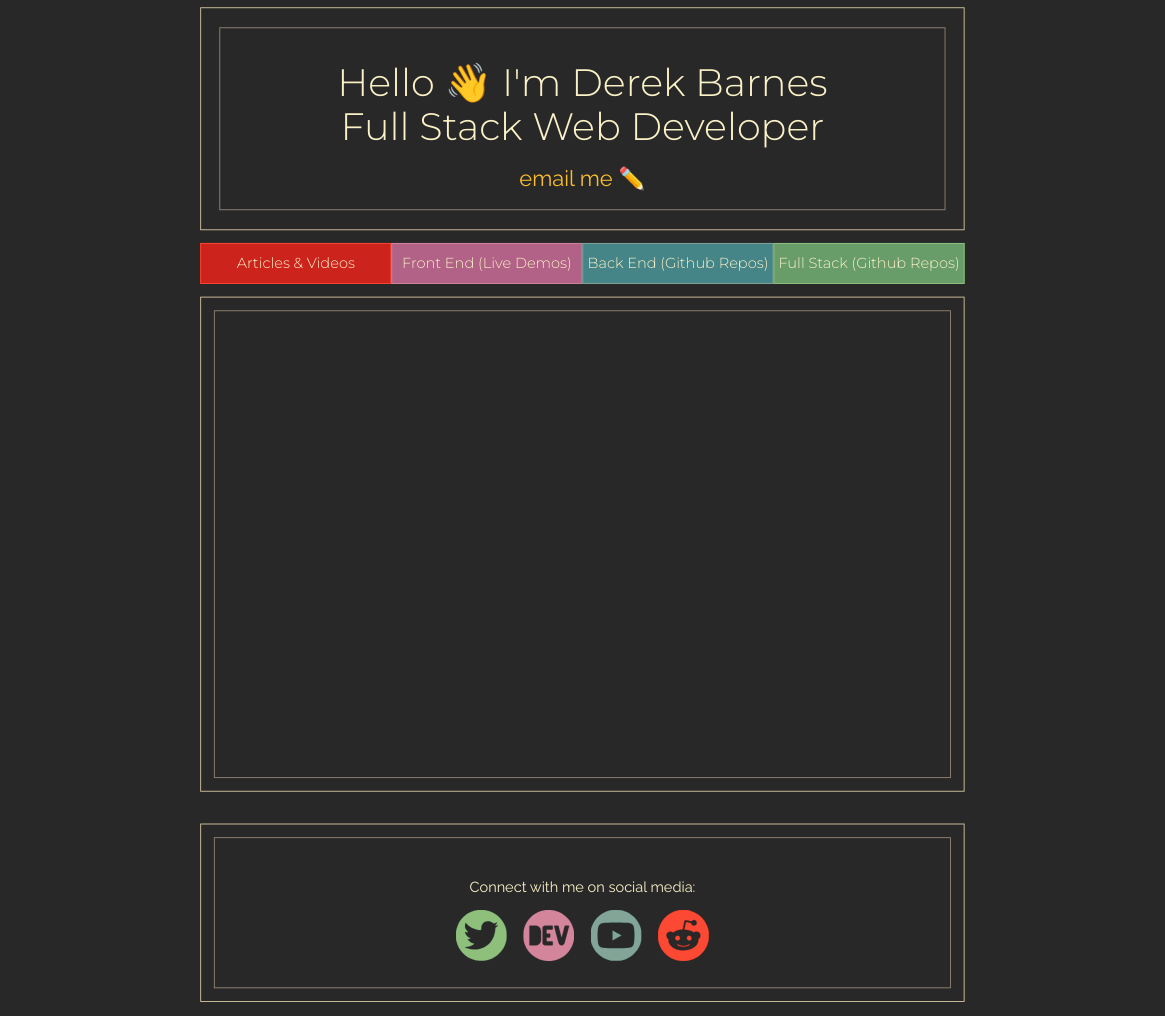
Repository: dsbarnes/groovy-blog
Page: index.html
An editor plug-in stored every save of this project. The page is shown before and after the next save, followed by the edit.
The browser window is 1280 px wide. The pictures show the whole page, at 91% of full size.
After loading, the first visible `#articles` was clicked once.
The style sheet was rebuilt from its Sass, Less or Tailwind sources for each picture, by a compiler version that may differ from the author's.

Above is the page before, as saved 2020-05-09 21:34:48.

### index.html
<!DOCTYPE html>
<html lang="en">

<head>
    <meta charset="UTF-8">
    <meta name="viewport" content="width=device-width, initial-scale=1.0">
    <link href="https://fonts.googleapis.com/css2?family=Montserrat:wght@300&display=swap" rel="stylesheet">
    <link href="https://fonts.googleapis.com/css2?family=Raleway&display=swap" rel="stylesheet">

    <title>D.S. Barnes</title>

    <link rel="stylesheet" href="./CSS/style.css">
</head>

<body>
    <div class="container">

        <div id='nameCard'>
            <div id="doubleBorder">
                <p>Hello 👋 I'm Derek Barnes</p>
                <p>Full Stack Web Developer</p>
                <br />
                <small><a href='mailto:derekb0147@gmail.com'>email me ✏️</a></small>
                <br />
            </div>
        </div>

        <div id='selections'>
            <p class='nav' data-color='red' id='articles'>Articles & Videos</p>
            <p class='nav' data-color='purple' id='frontend'>Front End (Live Demos)</p>
            <p class='nav' data-color='blue' id='backend'>Back End (Github Repos)</p>
            <p class='nav' data-color='aqua' id='fullstack'>Full Stack (Github Repos)</p>
        </div>

        <!-- <button id="toggle-button">Toggle collapse</button> -->

        <!-- Section one -->
        <div class="content">
            <div class='double-border'>
                <div id='about-section-text'>
                    <p>As a full stack developer, I don't just write code.</p>
                    <p>I focus on team dynamics, agile work practices, and communications.</p>
                    <br />
                    <p>I can build APIs and maintain databases.</p>
                    <p>Equally, often more importantly, I listen to and understand consumer needs.</p>
                    <br />
                    <p>I specialize in clean, unobtrusive interfaces,</p>
                    <p>using modern technology,</p>
                    <p>to communicate clearly and solve real world problems.</p>
                </div>

                <div id='articles-section-text'></div>
                <div id='frontend-section-text'></div>
                <div id='backend-section-text'></div>
                <div id='fullstack-section-text'></div>

            </div>
        </div>


        <!-- Section two -->
        <div class="hobbies collapsible">
            <div class='double-border collapsible'>

                <p>Besides code, I like to:</p>
                <br />

                <p class='xpad'>
                    <span class='bigEmoji'>🤔</span>
                    <span class='emojiText'>Think about philosophy.</span>
                </p>

                <p class='xpad'>
                    <span class='bigEmoji'>♟️</span>
                    <span class='emojiText'>Play chess.</span>
                </p>

                <p class='xpad'>
                    <span class='bigEmoji'>🎤</span>
                    <span class='emojiText'>listen to gratuitous amounts of rap music.</span>
                </p>


            </div>
        </div>


        <!-- Section three -->
        <div class="social-media">
            <div class="double-border">

                <p>Connect with me on social media:</p>

                <div id='media-icons'>
                    <img src='../SVG/twitterLogo.svg'><a href='#' id='twitter'></a></img>
                    <img src='../SVG/devLogo.svg'><a href='#' id="devto"></a></img>
                    <img src='../SVG/youtubeLogo.svg'><a href='#' id='youtube'></a></img>
                    <img src='../SVG/redditLogo.svg'><a href='#' id='reddit'></a></img>
                </div>

            </div>
        </div>

    </div><!-- container -->

    <script type=module src="index.js"></script>
</body>

</html>

### index.js
import articles from './components/articles.js'
import repos from './components/repos.js'

import articlesData from './siteData/articles.js'
import backendData from './siteData/backEnd.js'
import frontendData from './siteData/frontEnd.js'
import fullstackData from './siteData/fullStack.js'


document.querySelectorAll('.nav')
    .forEach(btn => btn.addEventListener('click', function () {
        console.log(this.dataset.color)

        const aboutText = document.getElementById('about-section-text')
        aboutText.style.display = 'none'

        // Add overflow: scroll
        document.querySelector('.content')
            .classList.add('collapsed')

        // Shrinks and fades out the middle box
        const doubleBorder =
            Array.from(document.querySelectorAll('.double-border'))
        doubleBorder[1].classList.add('collapsed')

        document.querySelector('.hobbies.collapsible')
            .classList.add('collapsed')

        // Slightly shrink the social media box:
        document.querySelector('.social-media')
            .classList.add('collapsed')

    }))

// document.querySelector('#toggle-button')
// .addEventListener('click',
// function () {
//     // Remove the about me section:
//     const aboutText = document.getElementById('about-section-text')
//     aboutText.style.display = 'none'

//     // Add overflow: scroll
//     document.querySelector('.section-one')
//         .classList.toggle('collapsed')

//     // Shrinks and fades out the middle box
//     document.querySelector('.section-two.collapsible')
//         .classList.toggle('collapsed')

//     document.querySelector('.section-three')
//         .classList.toggle('collapsed')

//     // repopulate what was the about section
//     // it is now the section the user clicked
//     repos(backendData)
// });

### components/articles.js
function modules(arr) {
    console.log('modules works')
}

export default modules

### components/repos.js
function repos(arr) {

    const root = document.getElementById('articles-section-text')

    for (const element of arr) {

        const keys = Object.keys(element)

        const container = document.createElement('div')
        const title = document.createElement('h1')
        const repolink = document.createElement('p')
        const demolink = document.createElement('p')
        const description = document.createElement('p')

        title.innerHTML = element['Repo']
        container.appendChild(title)

        repolink.innerHTML = element['RepoLink']
        container.appendChild(repolink)

        demolink.innerHTML = element['DemoLink']
        container.appendChild(demolink)

        description.innerHTML = element['Description']
        container.appendChild(description)


        container.id = 'article'
        root.appendChild(container)

    }
}

export default repos

### siteData/articles.js
const articleData = [
    {
        "Title": "Article Project One",
        "Link": "blah.com",
        "Date": "date-posted",
        "Short": "fjdklsafjdlks;fajsdl;f"
    },
    {
        "Title": "Article Project Two",
        "Link": "blah.com",
        "Date": "date-posted",
        "Short": "fjdklsafjdlks;fajsdl;f"
    },
    {
        "Title": "Article Project Three",
        "Link": "blah.com",
        "Date": "date-posted",
        "Short": "fjdklsafjdlks;fajsdl;f"
    },
    {
        "Title": "Article Project Four",
        "Link": "blah.com",
        "Date": "date-posted",
        "Short": "fjdklsafjdlks;fajsdl;f"
    },
    {
        "Title": "Article Project Five",
        "Link": "blah.com",
        "Date": "date-posted",
        "Short": "fjdklsafjdlks;fajsdl;f"
    }
]

export default articleData

### siteData/backEnd.js
const backendData = [
    {
        "Repo": "Back End Project One",
        "RepoLink": "blah.com",
        "Description": "README.md"
    },
    {
        "Repo": "Back End Project Two",
        "RepoLink": "blah.com",
        "Description": "README.md"
    },
    {
        "Repo": "Back End Project Three",
        "RepoLink": "blah.com",
        "Description": "README.md"
    },
    {
        "Repo": "Back End Project Four",
        "RepoLink": "blah.com",
        "Description": "README.md"
    },
    {
        "Repo": "Back End Project Five",
        "RepoLink": "blah.com",
        "Description": "README.md"
    }
]

export default backendData

### siteData/frontEnd.js
const frontendData = [
    {
        "Repo": "Front End Project One",
        "RepoLink": "blah.com",
        "DemoLink": "demo link",
        "Description": "README.md"
    },
    {
        "Repo": "Front End Project Two",
        "RepoLink": "blah.com",
        "DemoLink": "demo link",
        "Description": "README.md"
    },
    {
        "Repo": "Front End Project Three",
        "RepoLink": "blah.com",
        "DemoLink": "demo link",
        "Description": "README.md"
    },
    {
        "Repo": "Front End Project Four",
        "RepoLink": "blah.com",
        "DemoLink": "demo link",
        "Description": "README.md"
    },
    {
        "Repo": "Front End Project Five",
        "RepoLink": "blah.com",
        "DemoLink": "demo link",
        "Description": "README.md"
    }
]

export default frontendData

### siteData/fullStack.js
const fullstackData = [
    {
        "Repo": "Full Stack Project One",
        "RepoLink": "blah.com",
        "Description": "README.md"
    },
    {
        "Repo": "Full Stack Project Two",
        "RepoLink": "blah.com",
        "Description": "README.md"
    },
    {
        "Repo": "Full Stack Project Three",
        "RepoLink": "blah.com",
        "Description": "README.md"
    },
    {
        "Repo": "Full Stack Project Four",
        "RepoLink": "blah.com",
        "Description": "README.md"
    },
    {
        "Repo": "Full Stack Project Five",
        "RepoLink": "blah.com",
        "Description": "README.md"
    }
]

export default fullstackData

### style.scss
// Main Container:
// Sizings - everything is a multiple of 14!!
$container-width: 840px;
$container-height: 1100px;
$outer-width: $container-width * .8;
$margin-pad-sizing: 14px;


// Gruvbox colors:
$background-color: #282828;
$background-alt-color: #3c3836;
$font-color: #fbf1c7;
$font-alt-color: #ebdbb2;
$outer-border: #d5c4a1;
$inner-border: #928374;
$red-color: #cc241d;
$light-red-color: #fb4934;
$green-color: #98971a;
$light-green-color: #b8bb26;
$yellow-color: #d79921;
$light-yellow-color: #fabd2f;
$blue-color: #458588;
$light-blue-color: #83a598;
$purple-color: #b16286;
$light-purple-color: #d3869b;
$aqua-color: #689d6a;
$light-aqua-color: #8ec07c;


// Font:
$title-font: 'Montserrat', sans-serif;
$body-font: 'Raleway', sans-serif;
$title-font-size: 42px;
$body-font-size: 16px;


//Mixins:
@mixin bg-border($bg-color, $border-color){
  background-color: $bg-color;
  border: 1px solid $border-color;
}
@mixin font-fam-size($fam, $size){
  font-family: $fam;
  font-size: $size;
}
@mixin sectionButton($bg-color, $border-color){
  @include bg-border($bg-color, $border-color);
  @include font-fam-size($title-font, $body-font-size);
  display: inline-block;
  margin: 0 auto;
  //That just looks best as 12, idk.
  padding: 12px 0px;
  text-align: center;
  width: (($container-width / 4));
}

// Keyframes:
@keyframes fade-in{
  from{color: white;}
  to{ color: black;}
}
#article{ animation: fade-in 3s forwards;}


// Overall styling:
* { box-sizing:border-box; }
body{ background-color: $background-color; color: $font-color }

//Everything visible is inside this container:
.container {
  display:flex;
  flex-direction:column;
  justify-content:flex-start;
  width: $container-width;
  margin: 0 auto;
  // we're required to set height explicitly
  height: $container-height;
}


// Name Card
#nameCard{
  border: 1px solid $outer-border;
  padding: $margin-pad-sizing/2;
  text-align: center;
  line-height: $margin-pad-sizing/2;

  small{ @include font-fam-size($body-font, $body-font-size*1.5); }
  a{ text-decoration: none; color: $light-yellow-color }

  #doubleBorder{
      @include bg-border($background-color, $inner-border);
      p{ @include font-fam-size($title-font, $title-font-size);}
      margin: $margin-pad-sizing auto;
      padding: $margin-pad-sizing;
      padding-bottom: $margin-pad-sizing*2;

      // 14px b/c of margin.
      // Why *3? Good question.
      width: ($container-width - 14px*3);
  }
}


// Nav 'buttons'
#selections{
  display: flex;
  justify-content: space-between;
  margin-top: $margin-pad-sizing;
}
#articles{ @include sectionButton($red-color, $light-red-color) }
#frontend{ @include sectionButton($purple-color, $light-purple-color) }
#backend{ @include sectionButton($blue-color, $light-blue-color) }
#fullstack{ @include sectionButton($aqua-color, $light-aqua-color) }

// General double border settings, different from
// name card b/c ...damnit
.double-border{
  border: 1px solid $inner-border;
  // Variables not working in calc()
  // will investigate.
  height: calc(100% - 28px); // $margin-pad-size*2
  width: calc(100% - 28px);  // $margin-pad-size*2
  margin: $margin-pad-sizing auto 0 auto;
  padding: $margin-pad-sizing*2;
}
.double-border.collapsed { border: 0px solid white; }


// This is the section that expands:
.content{
  @include bg-border($background-color, $outer-border);
  @include font-fam-size($body-font, $body-font-size);
  line-height: $margin-pad-sizing/2;
  margin: $margin-pad-sizing 0;
  flex: 3;
  // overflow: hidden;
}
.content.collapsed{
  // overflow: hidden;
  .double-border{ overflow: scroll; }
}


// This section dissapears:
.hobbies {
  // note that we're transitioning flex, not height!
  @include bg-border($background-color, $outer-border);
  @include font-fam-size($body-font, $body-font-size);
  line-height: $margin-pad-sizing/2;
  margin: $margin-pad-sizing/2 0;
  flex: 2;
  .bigEmoji{ font-size: $title-font-size; }
  .xpad{ padding-left: 24px; }
  .emojiText{
      position: relative;
      bottom: $margin-pad-sizing;
      padding-left: $margin-pad-sizing/2;
  }
  // overflow:hidden;
  transition:all 0.4s ease;
}
.hobbies.collapsed {
  border: 0px solid $background-color;
  color: $background-color;
  overflow: hidden;
  flex: 0;
  // Big numbers to squeze box inward
  // for transition
  // margin: 0 200px;
  // padding: 0 400px;
}


// This section never changes
.social-media{
  @include bg-border($background-color, $outer-border);
  @include font-fam-size($body-font, $body-font-size);
  text-align: center;
  margin: $margin-pad-sizing/2 0;
  flex: 2;
  transition: all 0.6s ease;
}
.social-media.collapsed{
  flex: 1;
  #media-icons{
    // Why 20? Good question.
    margin-bottom: $margin-pad-sizing - 1;
  }
}


// Social Media Icons:
#media-icons{
  width: $container-width / 2;
  margin: 0 auto;
  text-align: center;
  line-height: $margin-pad-sizing;
  img{ width: $margin-pad-sizing*4; margin: 0 $margin-pad-sizing/2; }
}

After the next save:
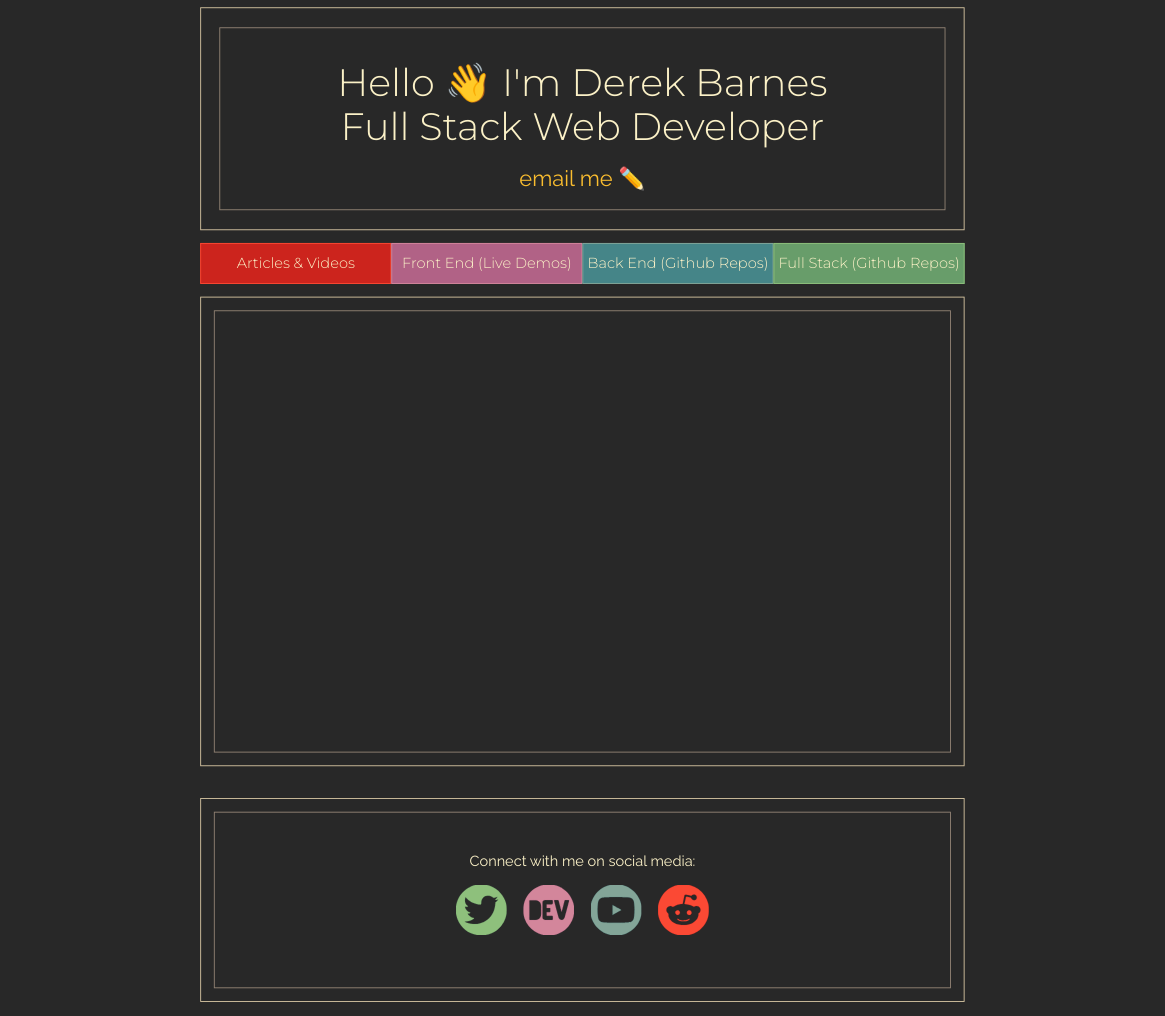
Saved 9 s later.
--- a/style.scss
+++ b/style.scss
@@ -185,7 +185,7 @@ body{ background-color: $background-color; color: $font-color }
   flex: 1;
   #media-icons{
     // Why 20? Good question.
-    margin-bottom: $margin-pad-sizing - 1;
+    margin-bottom: ($margin-pad-sizing*3) - 1;
   }
 }
 
